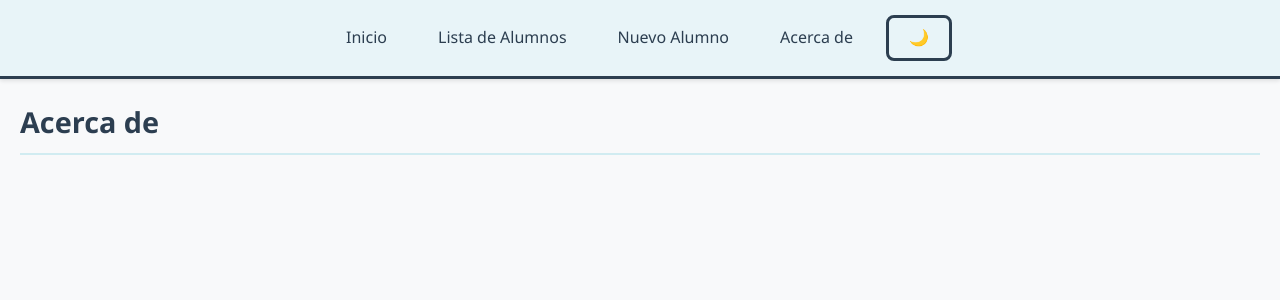
Repository: EduardTr48/pv_tp5_grupo4
Page: /acerca-de
These files come from the project's save history. The page is drawn as it stood at one moment and after the next save; the edit follows.
The browser window is 1280 px wide. The pictures show the whole page.
The project was rebuilt for these pictures with package versions that can differ from the ones it lists, and the page was loaded fresh each time. Also part of the build but not shown: vite.config.js.

Above is the page before, as saved 2025-06-05 23:25:39.

After the next save:
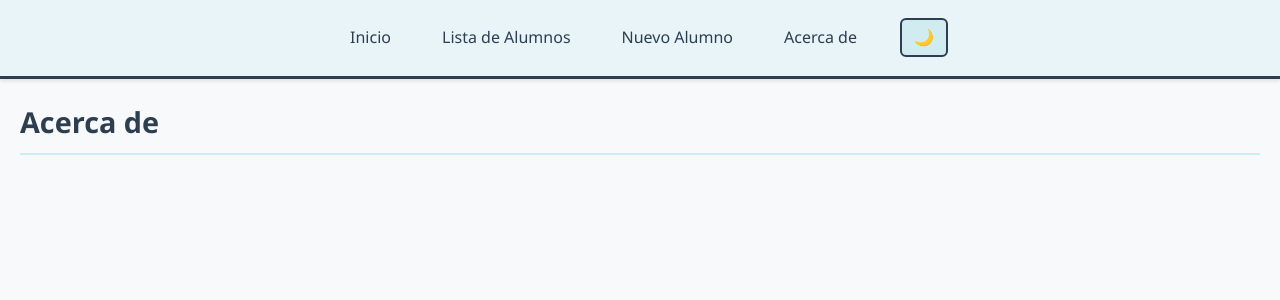
Saved 7 s later.
--- a/src/index.css
+++ b/src/index.css
@@ -54,6 +54,7 @@ nav {
   box-shadow: 0 2px 4px rgba(0,0,0,0.1);
   display: flex;
   justify-content: center;
+  align-items: center;
   gap: 15px;
 }
 
@@ -70,6 +71,25 @@ nav a {
 nav a:hover {
   background-color: var(--color-accent);
   border-color: var(--color-border);
+}
+
+/* Theme toggle button en navbar */
+.theme-toggle-nav {
+  background-color: var(--color-accent) !important;
+  color: var(--color-text) !important;
+  border: 2px solid var(--color-border) !important;
+  padding: 8px 12px !important;
+  border-radius: 6px !important;
+  cursor: pointer;
+  font-size: 16px !important;
+  font-weight: 500 !important;
+  transition: all 0.3s ease !important;
+  margin-left: 10px;
+}
+
+.theme-toggle-nav:hover {
+  background-color: var(--color-primary) !important;
+  transform: scale(1.1) !important;
 }
 
 /* Títulos */
@@ -174,7 +194,7 @@ a:hover {
   z-index: 1000;
 }
 
-.theme-toggle:hover {
+theme-toggle:hover {
   transform: scale(1.05);
   box-shadow: 0 4px 8px rgba(0,0,0,0.2);
 }
